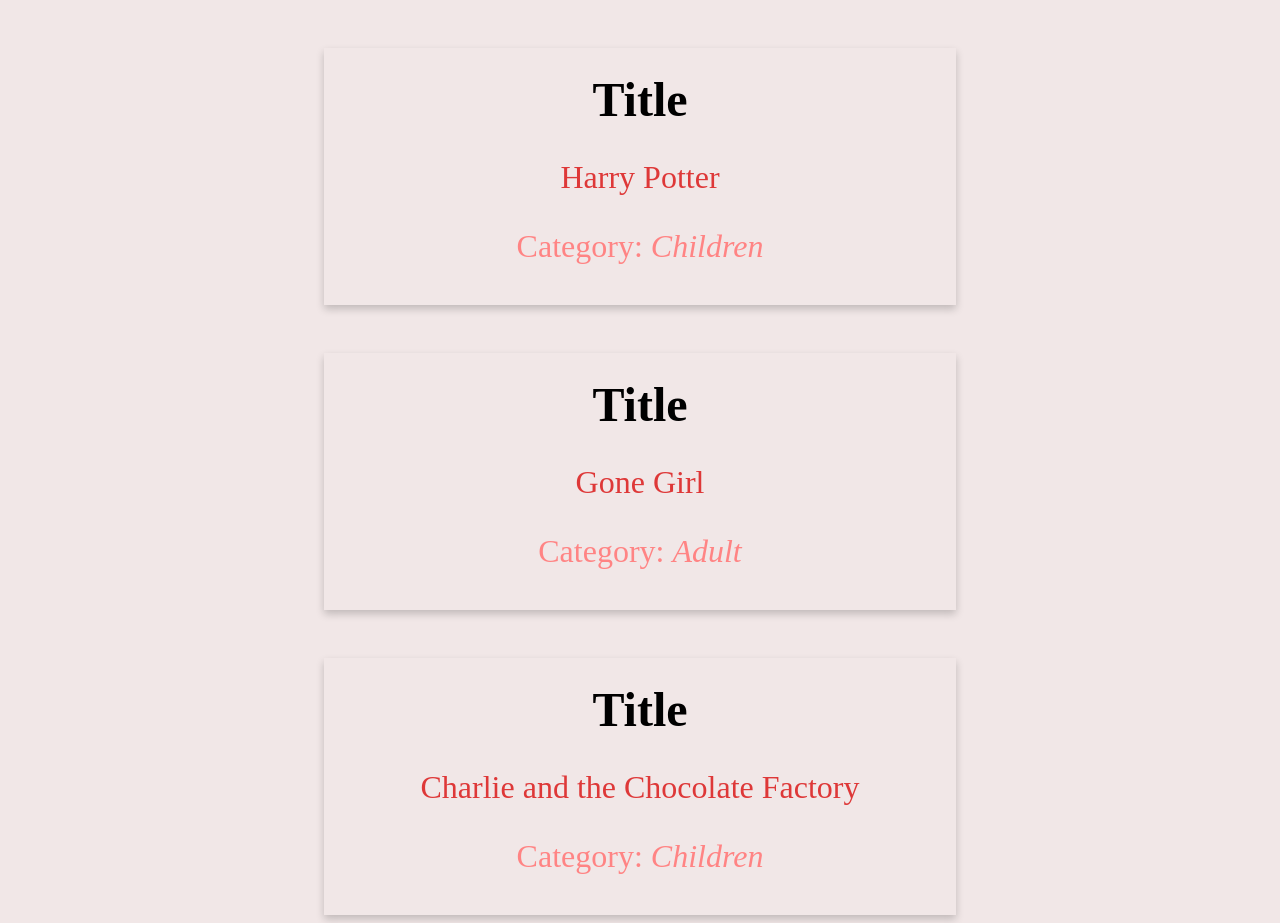
Repository: cyborgEneki/archangel-code-challenge
Page: index.html
The author's editor kept a copy of each file at every save. The page is drawn from the files as they stood at one save, then again after the next save.
The browser window is 1280 px wide. The pictures show the whole page.
The style sheet was rebuilt from its Sass, Less or Tailwind sources for each picture, by a compiler version that may differ from the author's.

Above is the page before, as saved 2020-11-05 14:23:10.

After the next save:
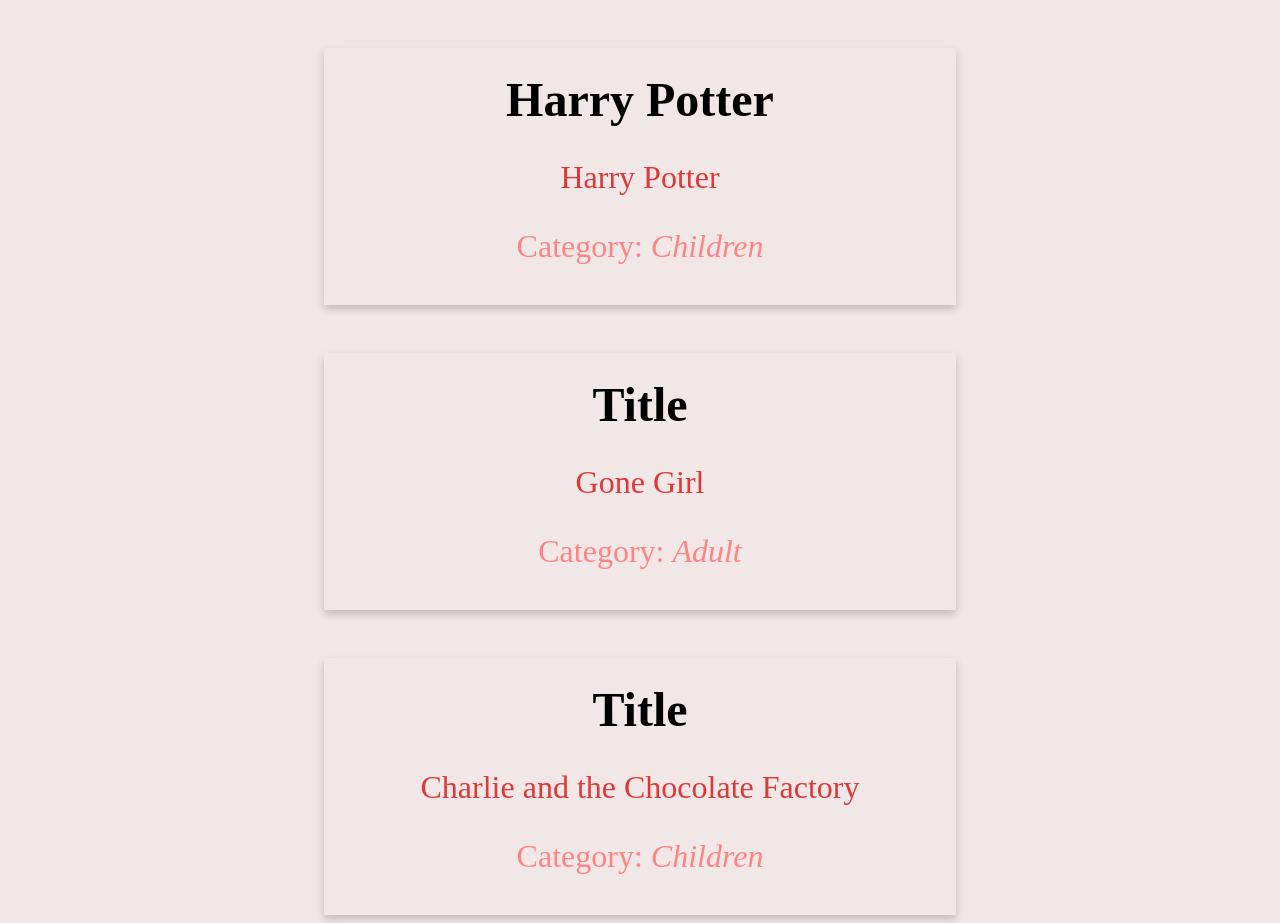
Saved 31 s later.
--- a/index.html
+++ b/index.html
@@ -12,7 +12,7 @@
     <script type="text/x-handlebars-template" id="template-script">
             <div class="card">
                 <div class="card__container">
-                    <div class="card__heading"><b>Title</b></div>
+                    <div class="card__heading"><b>Harry Potter</b></div>
                     <p class="card__title-text">Harry Potter</p>
                     <p class="card__category-text">Category: <i>Children</i></p>
                 </div>
